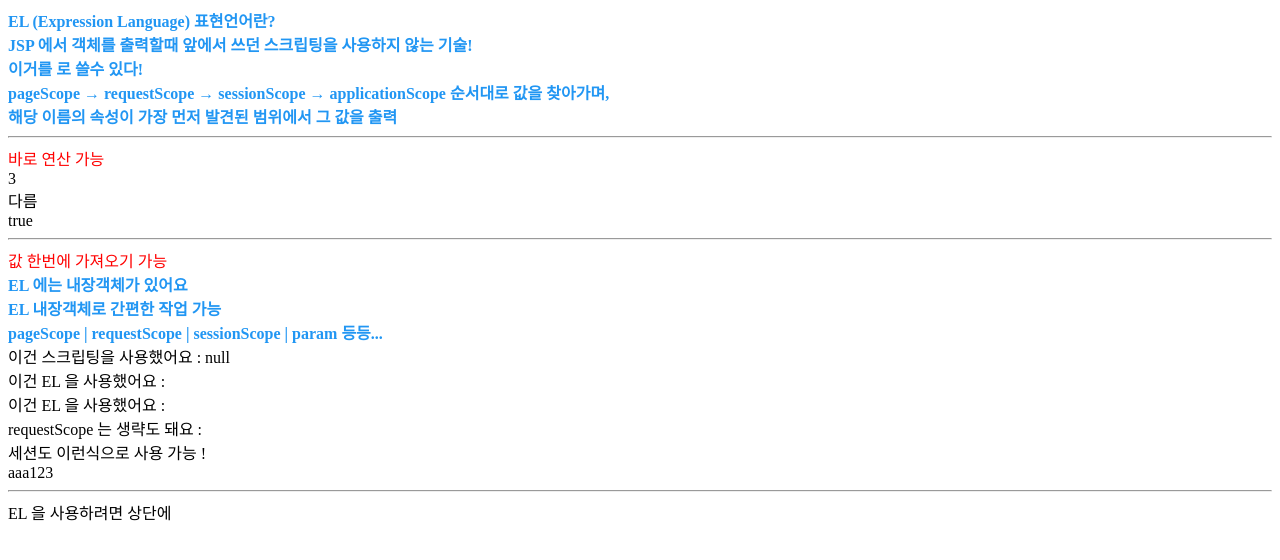
Repository: hyejux/JSP_STUDY
Page: http://localhost/JSPPractice2/JSP_ex4.jsp
These files come from the project's save history. The page is drawn as it stood at one moment and after a run of saves; the edit follows.
The browser window is 1280 px wide. The pictures show the whole page.
The page is served by Tomcat 9. Other server files are loaded and not shown.

Above is the page before, as saved 2025-01-07 16:37:12.

### JSPPractice2/src/main/webapp/JSP_ex4.jsp
<%@ page language="java" contentType="text/html; charset=UTF-8"
    pageEncoding="UTF-8"%>
<%@ page import="javax.servlet.http.HttpServletRequest" %>
<%@ page import="javax.servlet.http.HttpServletResponse" %>
<!DOCTYPE html>
<html>
<head>
<meta charset="UTF-8">
<title> 표현 언어 소개   </title>
<link rel="stylesheet" type="text/css" href="css/style.css"> </link>
</head>
<body>
	<div class="info">
	<div> EL (Expression Language) 표현언어란? </div>
	<div> JSP 에서 객체를 출력할때 앞에서 쓰던 스크립팅을 사용하지 않는 기술! </div>
	<div> <%-- <% %> --%> 이거를 <%-- ${} --%> 로 쓸수 있다! </div>
	<div> pageScope → requestScope → sessionScope → applicationScope 순서대로 값을 찾아가며,</div>
	<div>해당 이름의 속성이 가장 먼저 발견된 범위에서 그 값을 출력 </div>
	</div>

	<hr/>
	<div class="point"> 바로 연산 가능 </div>
	<div>${1+2} </div>
	<div>${1 == 2 ? '같음' : '다름'} </div>
	<div>${1<2 and 2<3} </div>
	<hr/>

	<div class="point"> 값 한번에 가져오기 가능 </div>
	<div class="info"> EL 에는 내장객체가 있어요 </div>
	<div class="info"> EL 내장객체로 간편한 작업 가능 </div>
	<div class="info"> pageScope | requestScope | sessionScope | param 등등...</div>

	<% String idEL = request.getParameter("id"); %>
	<div> 이건 스크립팅을 사용했어요 : <%= idEL %>  </div>
	<div> 이건 EL 을 사용했어요 : ${param.id} </div>


	<div> 이건 EL 을 사용했어요 : ${requestScope.hi} </div>
	<div> requestScope 는  생략도 돼요 : ${hi} </div>

	<%
        request.setAttribute("hi", "이거 메인 페이지에서 보낸 데이터야");
    %>

	<div> 세션도 이런식으로 사용 가능 ! </div>
	<div> <% session.setAttribute("user_id","aaa123"); %> </div>
	<div>${sessionScope.user_id}</div>


	<hr/>









	<%-- <%@ taglib uri="http://java.sun.com/jsp/jstl/core" prefix="c" %> --%>
	<div> EL 을 사용하려면 상단에 </div>


</body>
</html>

### JSPPractice2/src/main/webapp/css/style.css
.info{
	color : #2196f3;
	font-weight: bold;
}

.btn1 {
	border: 1px solid #ddd;
    color: #ffffff;
    border-radius: 10px;
    padding: 5px 10px;
    background: #03A9F4;
    margin-top: 5px;
}

.point {
	color : red;
}

After the next 2 saves:
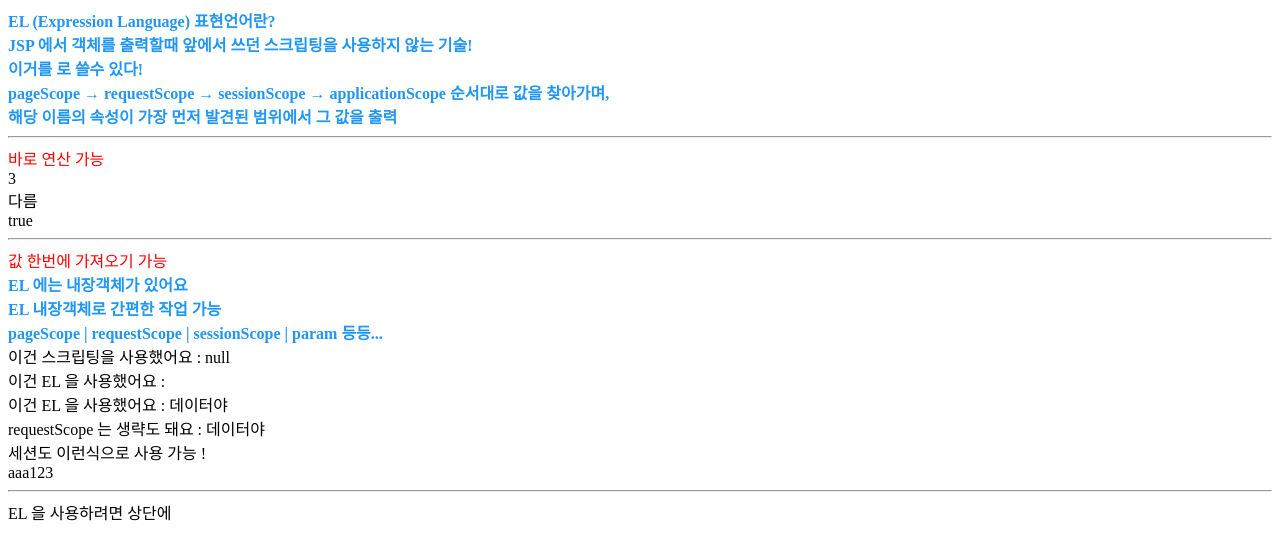
The 2 saves are shown as one change because they came seconds apart.
The last was saved 8 s later.
--- a/JSPPractice2/src/main/webapp/JSP_ex4.jsp
+++ b/JSPPractice2/src/main/webapp/JSP_ex4.jsp
@@ -34,13 +34,13 @@
 	<div> 이건 스크립팅을 사용했어요 : <%= idEL %>  </div>
 	<div> 이건 EL 을 사용했어요 : ${param.id} </div>
 
-
+	<%
+        request.setAttribute("hi", "데이터야");
+    %>
 	<div> 이건 EL 을 사용했어요 : ${requestScope.hi} </div>
 	<div> requestScope 는  생략도 돼요 : ${hi} </div>
 
-	<%
-        request.setAttribute("hi", "이거 메인 페이지에서 보낸 데이터야");
-    %>
+
 
 	<div> 세션도 이런식으로 사용 가능 ! </div>
 	<div> <% session.setAttribute("user_id","aaa123"); %> </div>
